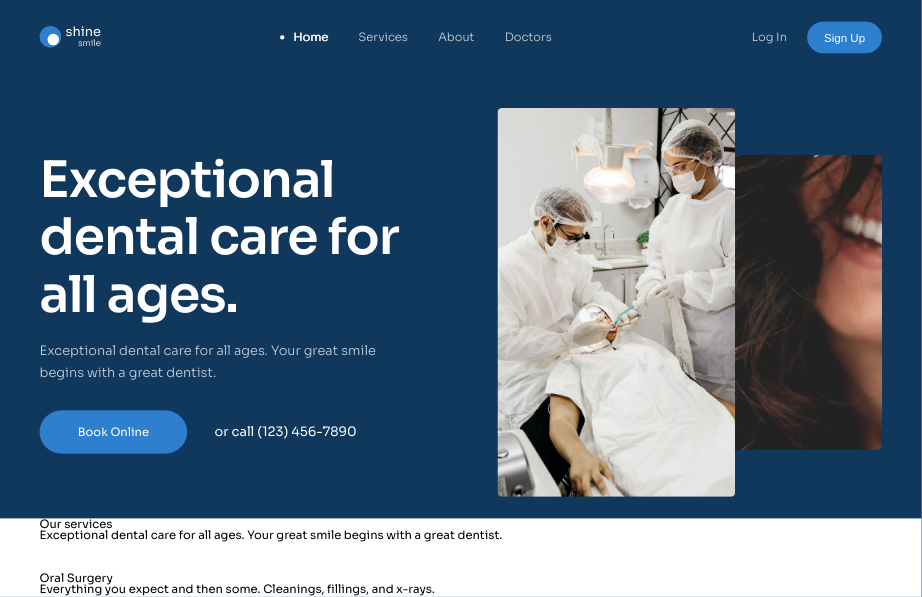
Repository: anhtien111198/f8-htmlcss-03
Page: index.html
These files come from the project's save history. The page is drawn as it stood at one moment and after the next save; the edit follows.
The browser window is 1280 px wide. The pictures show the whole page, at 72% of full size.

Above is the page before, as saved 2023-05-12 16:21:48.

After the next save:
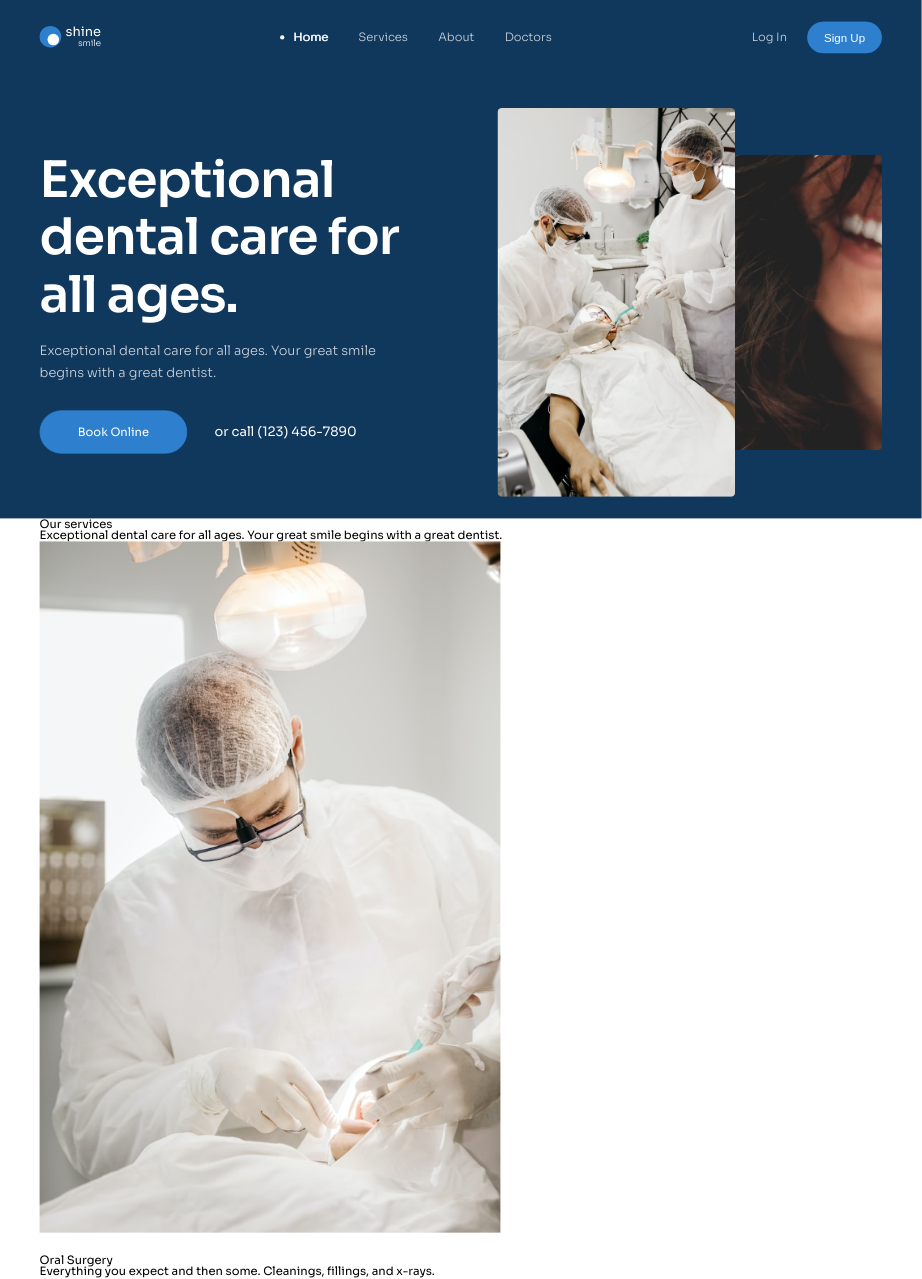
Saved 2 min 6 s later.
--- a/index.html
+++ b/index.html
@@ -187,7 +187,11 @@
                     </p>
                     <div class="service-row">
                         <figure class="service__images">
-                            <img src="" alt="" class="service__img" />
+                            <img
+                                src="./assets/image/service-1.jpg"
+                                alt=""
+                                class="service__img"
+                            />
                         </figure>
                         <div class="service__list">
                             <section class="service-item">
